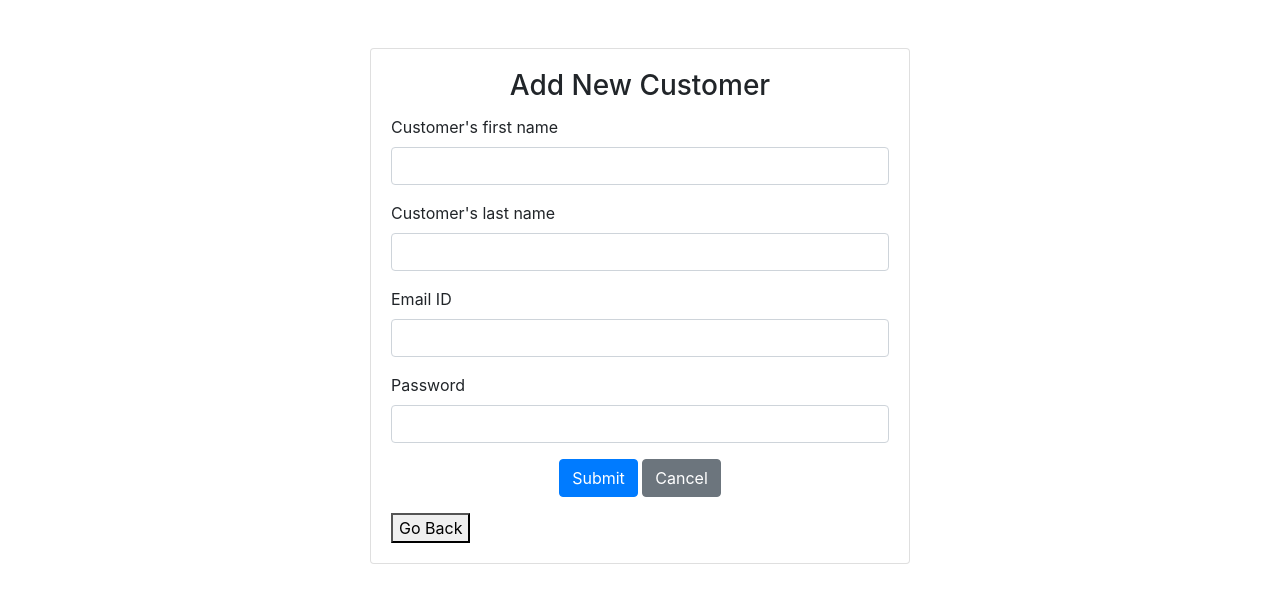
Repository: SuyashAwasthy/Javaee
Page: http://localhost/13-bank-application-mvc/addCustomer.jsp
The author's editor kept a copy of each file at every save. The page is drawn from the files as they stood at one save, then again after the next save.
The browser window is 1280 px wide. The pictures show the whole page.
Some web libraries are served in a nearby version. The page is served by Tomcat 9. Other server files are loaded and not shown.

Above is the page before, as saved 2024-07-22 08:43:31.

### 13-bank-application-mvc/WebContent/addCustomer.jsp
<%@ page language="java" contentType="text/html; charset=UTF-8"
	pageEncoding="UTF-8"%>
<!DOCTYPE html>
<html lang="en">
<head>
<meta charset="UTF-8">
<meta name="viewport" content="width=device-width, initial-scale=1.0">
<title>Add New Customer</title>

<link rel="stylesheet"
	href="https://maxcdn.bootstrapcdn.com/bootstrap/4.0.0/css/bootstrap.min.css">
</head>
<body>
	<div class="container">
		<div class="row justify-content-center">
			<div class="col-md-6">
				<div class="card mt-5">
					<div class="card-body">
						<h3 class="card-title text-center">Add New Customer</h3>
						<form action="admin" method="get">
							<input type="hidden" name="command" value="add_customer">
							<div class="form-group">
								<label for="firstName">Customer's first name</label> <input
									type="text" class="form-control" id="firstName"
									name="firstName" required>
							</div>
							<div class="form-group">
								<label for="lastName">Customer's last name</label> <input
									type="text" class="form-control" id="lastName" name="lastName"
									required>
							</div>
							<div class="form-group">
								<label for="email">Email ID</label> <input type="email"
									class="form-control" id="email" name="email" required>
							</div>
							<div class="form-group">
								<label for="password">Password</label> <input type="password"
									class="form-control" id="password" name="password" required>
							</div>
							<div class="form-group text-center">
								<button type="submit" class="btn btn-primary">Submit</button>
								<button type="reset" class="btn btn-secondary">Cancel</button>
							</div>

							<button class="go-back-btn" onclick="goBack()">Go Back</button>

							<script>
								function goBack() {
									window.history.back();
								}
							</script>
						</form>
					</div>
				</div>
			</div>
		</div>
	</div>
	<script src="https://code.jquery.com/jquery-3.2.1.slim.min.js"></script>
	<script
		src="https://cdnjs.cloudflare.com/ajax/libs/popper.js/1.11.0/umd/popper.min.js"></script>
	<script
		src="https://maxcdn.bootstrapcdn.com/bootstrap/4.0.0/js/bootstrap.min.js"></script>
</body>
</html>

After the next save:
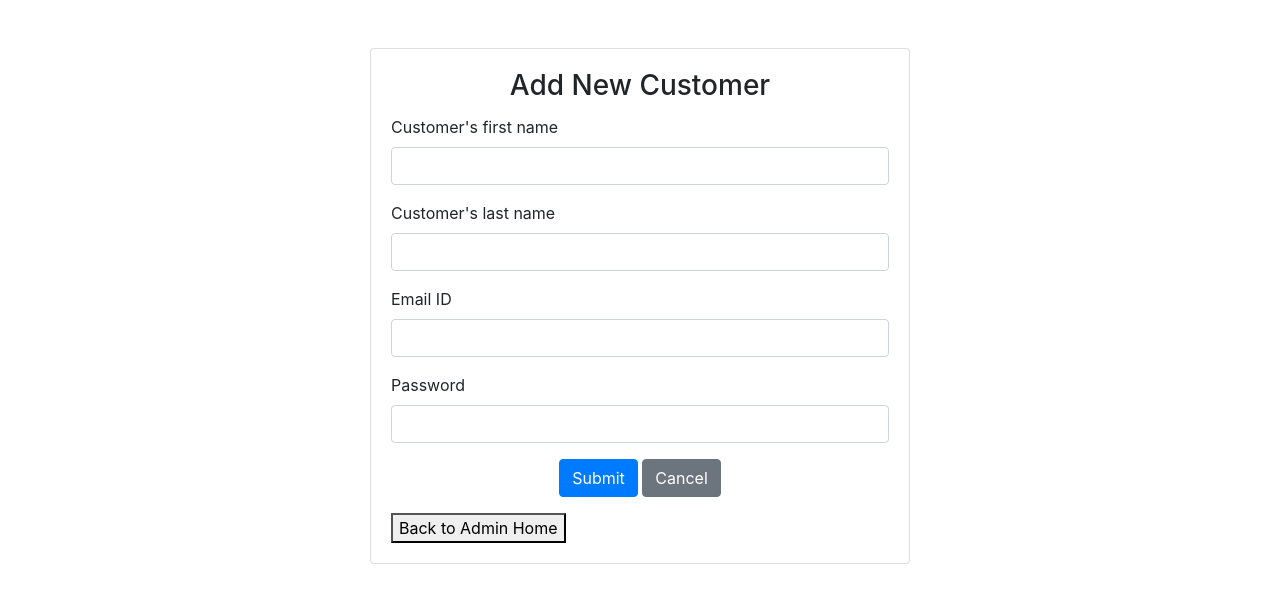
Saved 61 s later.
--- a/13-bank-application-mvc/WebContent/addCustomer.jsp
+++ b/13-bank-application-mvc/WebContent/addCustomer.jsp
@@ -42,7 +42,7 @@
 								<button type="reset" class="btn btn-secondary">Cancel</button>
 							</div>
 
-							<button class="go-back-btn" onclick="goBack()">Go Back</button>
+							<button class="go-back-btn primary" onclick="goBack()">Back to Admin Home</button>
 
 							<script>
 								function goBack() {
